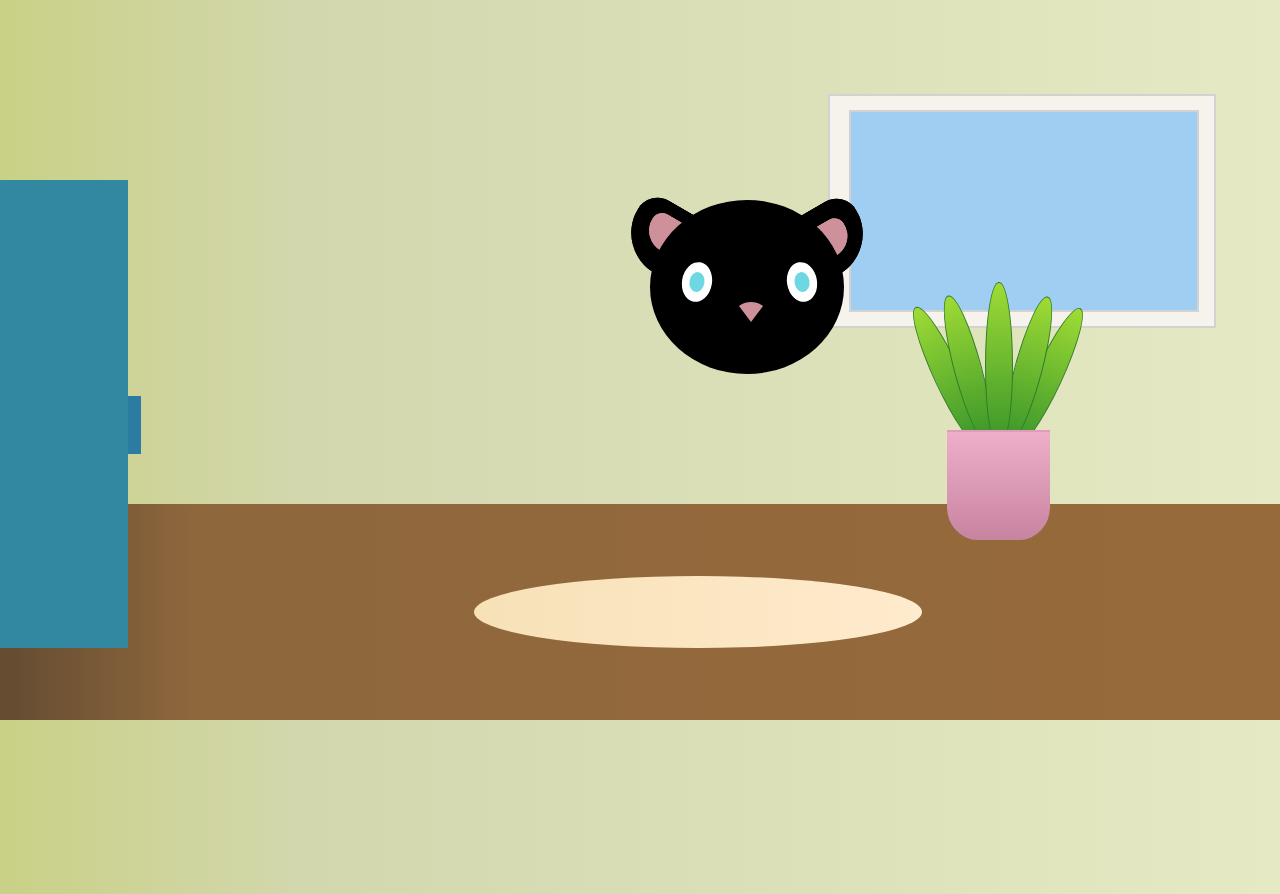
Repository: SandyLy453/COMP-2170-team-project
Page: index.html
These files come from the project's save history. The page is drawn as it stood at one moment and after the next save; the edit follows.
The browser window is 1280 px wide. The pictures show the whole page.

Above is the page before, as saved 2024-05-03 13:02:57.

### index.html
<!DOCTYPE html>
<html lang="en">
<head>
    <meta charset="UTF-8">
    <meta name="viewport" content="width=device-width, initial-scale=1.0">
    <title>Team Project: Doll Dress-Up Game</title>
    <link rel="stylesheet" href="styles.css" />
</head>
<body>
    <main class="main-area">
        <div class="background">
            <div class="floor"></div>
            <div class="closet">
                <div class="openner"></div>
            </div>
            <div class="carpet"></div>
            <div class="window">
                <div class="outside"></div>
            </div>
            <div class="plantPot">
                <div class="leaves">
                    <div class="plant"></div>
                    <div class="plant-left-one"></div>
                    <div class="plant-right-one"></div>
                    <div class="plant-left-two"></div>
                    <div class="plant-right-two"></div>
                </div>
                <div class="pot"></div>
            </div>
        </div>

        <div class="character">
            <div class="cat">
                <div class="cat-head">
                    <div class="ears">

                        <div class="left-ear">
                            <div class="left-inner-ear">
                            </div>
                        </div>

                        <div class="right-ear">
                            <div class="right-inner-ear">
                            </div>
                        </div>
                    </div>

                    <div class="cat-eyes">
                        <div class="left-eye">
                            <div class="left-inner-eye">
                            </div>
                        </div>
                        <div class="right-eye">
                            <div class="right-inner-eye">
                            </div>
                        </div>
                    </div>

                    <div class="cat-nose"></div>

                    <div class="cat-mouth">
                        <div class="left-line"></div>
                        <div class="right-line"></div>
                    </div>

                    <div class="cat-whiskers-left">
                        <div class="whisker-left-top"></div>
                        <div class="whisker-left-middle"></div>
                        <div class="whisker-left-bottom"></div>
                    </div>
                    <div class="cat-whiskers-right">
                        <div class="whisker-right-top"></div>
                        <div class="whisker-right-middle"></div>
                        <div class="whisker-right-bottom"></div>
                    </div>
                </div>

                <div class="cat-body">
                    <div class="arm left-arm"></div>
                    <div class="arm right-arm"></div>
                    <div class="foot left-foot"></div>
                    <div class="foot right-arm"></div>
                </div>
            </div>
        </div>
    </main>
    <script src="script.js"></script>
</body>
</html>

### styles.css
body {
    margin: 0;
    width: 100vw;
    min-height: 100vh;
    background: linear-gradient(90deg, rgba(201,209,134,1) 0%, rgba(211,215,174,1) 24%, rgba(230,234,196,1) 100%);
}

/* Background styling */

.background {
    z-index: -10;
}

.floor {
    position: absolute;
    bottom: 0;
    width: 100vw;
    height: 30vh;
    background: linear-gradient(90deg, rgba(102,77,50,1) 1%, rgb(142, 103, 61) 15%, rgba(151,106,58,1) 100%);
    z-index: -2;
}

.closet {
    position: absolute;
    bottom: 10vh;
    left: 0;
    width: 10vw;
    height: 65vh;
    background-color: rgb(50, 135, 161);
}

.openner {
    position: relative;
    width: 1vw;
    height: 8vh;
    left: 10vw;
    bottom: -30vh;
    background-color: rgb(43, 123, 163);
}

.carpet {
    width: 35vw;
    height: 10vh;
    border-radius: 50%;
    background: linear-gradient(90deg, rgba(247,225,183,1) 0%, rgba(255,235,205,1) 100%);
    position: absolute;
    bottom: 10vh;
    right: 28vw;
}

.window {
    width: 30vw;
    height: 32vh;
    background-color: rgb(246, 243, 237);
    position: absolute;
    right: 5vw;
    top: 13vh;
    border: 2px solid rgb(210, 210, 210);
    z-index: -10;
}

.outside {
    width: 27vw;
    height: 27.5vh;
    background-color: rgb(160, 206, 242);
    position: relative;
    left: 1.5vw;
    top: 2vh;
    border: 2px solid rgb(210, 210, 210)
}

.plantPot {
    position: absolute;
    right: 18vw;
    bottom: 25vh;
}

.pot {
    width: 8vw;
    height: 15vh;
    background: linear-gradient(180deg, rgba(238,174,202,1) 0%, rgba(199,132,161,1) 100%);
    border-bottom-left-radius: 30%;
    border-bottom-right-radius: 30%;
    border-top: 2px solid rgb(224, 156, 186);
    z-index: 2;
}

.leaves {
    position: relative;
    top: 29rem;
    left: 0.45rem;
}

.plant {
    height: 23vh;
    width: 2vw;
    background: linear-gradient(0deg, rgba(55,148,42,1) 0%, rgba(159,219,53,1) 100%);
    z-index: -1;
    position: relative;
    top: 10.5rem;
    left: 30%;
    border-radius: 100%;
    border: 1px solid rgb(47, 124, 37);
}

.plant-left-one {
    height: 21vh;
    width: 2vw;
    background: linear-gradient(0deg, rgba(55,148,42,1) 0%, rgba(159,219,53,1) 100%);
    z-index: -2;
    position: relative;
    top: 0.75rem;
    left: 0;
    border-radius: 100%;
    border: 1px solid rgb(47, 124, 37);
    transform: rotate(-15deg);
}

.plant-right-one {
    height: 21vh;
    width: 2vw;
    background: linear-gradient(0deg, rgba(55,148,42,1) 0%, rgba(159,219,53,1) 100%);
    z-index: -3;
    position: relative;
    top: -8.75rem;
    left: 3.75rem;
    border-radius: 100%;
    border: 1px solid rgb(47, 124, 37);
    transform: rotate(15deg);
}

.plant-left-two {
    height: 21vh;
    width: 2vw;
    background: linear-gradient(0deg, rgba(55,148,42,1) 0%, rgba(159,219,53,1) 100%);
    z-index: -4;
    position: relative;
    top: -18rem;
    left: -1.25rem;
    border-radius: 100%;
    border: 1px solid rgb(47, 124, 37);
    transform: rotate(-25deg);
}

.plant-right-two {
    height: 21vh;
    width: 2vw;
    background: linear-gradient(0deg, rgba(55,148,42,1) 0%, rgba(159,219,53,1) 100%);
    z-index: -5;
    position: relative;
    top: -27.5rem;
    left: 5rem;
    border-radius: 100%;
    border: 1px solid rgb(47, 124, 37);
    transform: rotate(25deg);
}



/* Cat styling */

.cat-head {
    position: absolute;
    right: 0;
    left: 650px;
    top: 200px;
    bottom: 0;
    background-color: black;
    width: 190px;
    height: 170px;
    border: 2px solid black;
    border-radius: 50%;
}

.left-ear {
    position: absolute;
    z-index: -1;
    top: 0;
    left: -25px;
    border-top-left-radius: 80px;
    border-top-right-radius: 40px;
    transform: rotate(-60deg);
    border-left: 35px solid black;
    border-right: 35px solid black;
    border-bottom: 70px solid black;
}

.right-ear {
    position: absolute;
    z-index: -1;
    top: 1px;
    left: 145px;
    border-top-left-radius: 40px;
    border-top-right-radius: 80px;
    transform: rotate(60deg);
    border-left: 35px solid black;
    border-right: 35px solid black;
    border-bottom: 70px solid black;
}

.left-inner-ear {
    position: absolute;
    top: 0;
    left: -30px;
    transform: scale(0.5);
    border-top-left-radius: 80px;
    border-top-right-radius: 40px;
    border-bottom-right-radius: 40%;
    border-bottom-left-radius: 40%;
    border-left: 35px solid rgb(206, 144, 154);
    border-right: 35px solid rgb(206, 144, 154);
    border-bottom: 70px solid rgb(206, 144, 154);
}

.right-inner-ear {
    position: absolute;
    top: 0px;
    left: -35px;
    transform: scale(0.5);
    border-top-left-radius: 40px;
    border-top-right-radius: 80px;
    border-bottom-right-radius: 40%;
    border-bottom-left-radius: 40%;
    border-left: 35px solid rgb(206, 144, 154);
    border-right: 35px solid rgb(206, 144, 154);
    border-bottom: 70px solid rgb(206, 144, 154);
}

.left-eye {
    position: absolute;
    top: 60px;
    left: 30px;
    border-radius: 60%;
    transform: rotate(10deg);
    width: 30px;
    height: 40px;
    background-color: white;
}

.right-eye {
    position: absolute;
    top: 60px;
    left: 135px;
    border-radius: 60%;
    transform: rotate(-10deg);
    width: 30px;
    height: 40px;
    background-color: white;
}

.left-inner-eye {
    position: absolute;
    top: 0px;
    left: 0px;
    border-radius: 60%;
    transform: scale(0.5);
    width: 30px;
    height: 40px;
    background-color: rgba(80, 208, 220, 0.831);
}

.right-inner-eye {
    position: absolute;
    top: 0px;
    left: 0px;
    border-radius: 60%;
    transform: scale(0.5);
    width: 30px;
    height: 40px;
    background-color: rgba(80, 208, 220, 0.831);
}

.cat-nose {
    position: absolute;
    top: 100px;
    left: 84px;
    border-top-left-radius: 50%;
    border-top-right-radius: 50%;
    border-bottom-right-radius: 50%;
    border-bottom-left-radius: 50%;
    transform: rotate(180deg);
    border-left: 15px solid transparent;
    border-right: 15px solid transparent;
    border-bottom: 20px solid rgb(206, 144, 154);
}

### script.js
const shirts = ["shirt1","shirt2","shirt3","shirt4", "shirt5"]

const bottoms = ["bottom1","bottom2","bottom3","bottom4", "bottom5"]

const accessories = ["acc1","acc2","acc3","acc4", "acc5"]

After the next save:
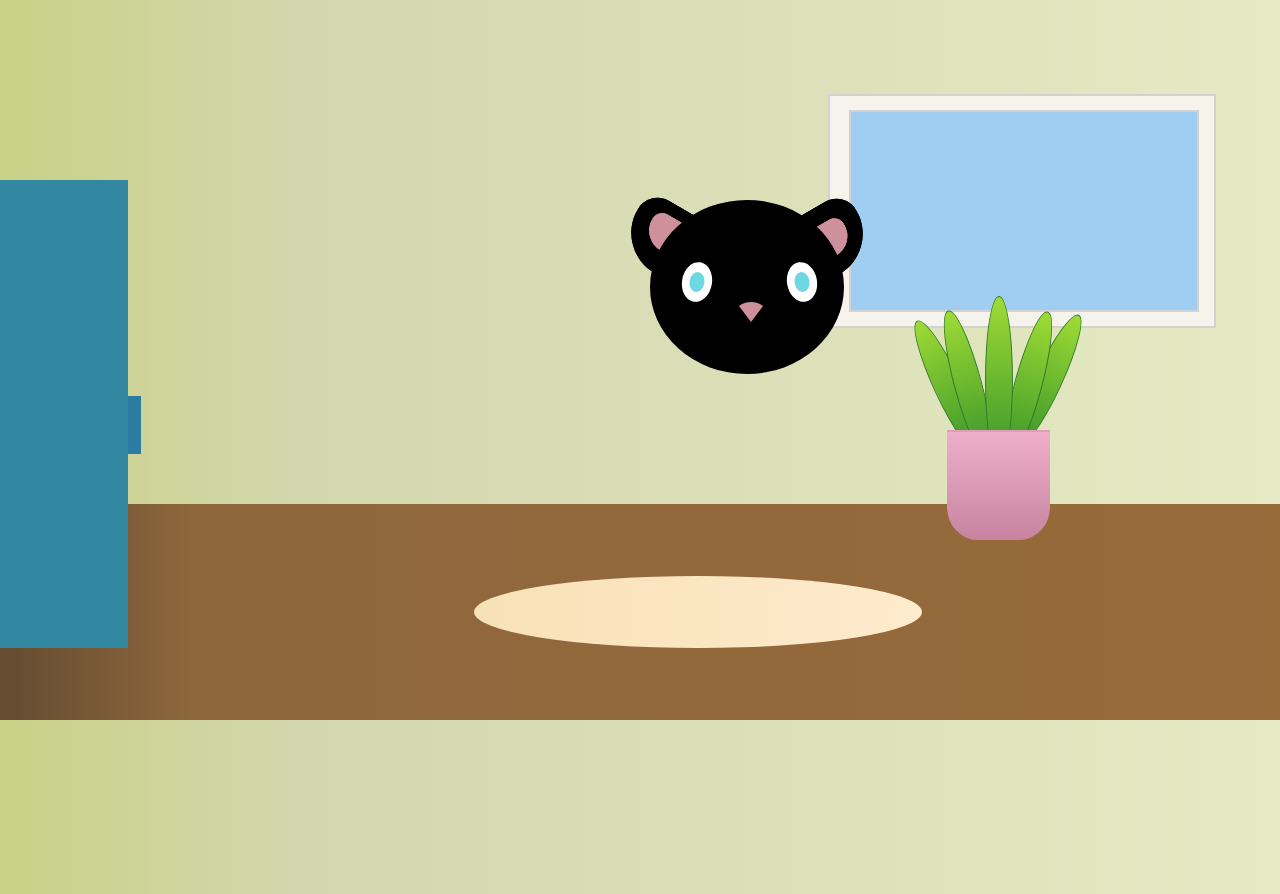
Saved 12 s later.
--- a/styles.css
+++ b/styles.css
@@ -130,7 +130,7 @@ body {
 }
 
 .plant-left-two {
-    height: 21vh;
+    height: 20vh;
     width: 2vw;
     background: linear-gradient(0deg, rgba(55,148,42,1) 0%, rgba(159,219,53,1) 100%);
     z-index: -4;
@@ -143,7 +143,7 @@ body {
 }
 
 .plant-right-two {
-    height: 21vh;
+    height: 20vh;
     width: 2vw;
     background: linear-gradient(0deg, rgba(55,148,42,1) 0%, rgba(159,219,53,1) 100%);
     z-index: -5;
